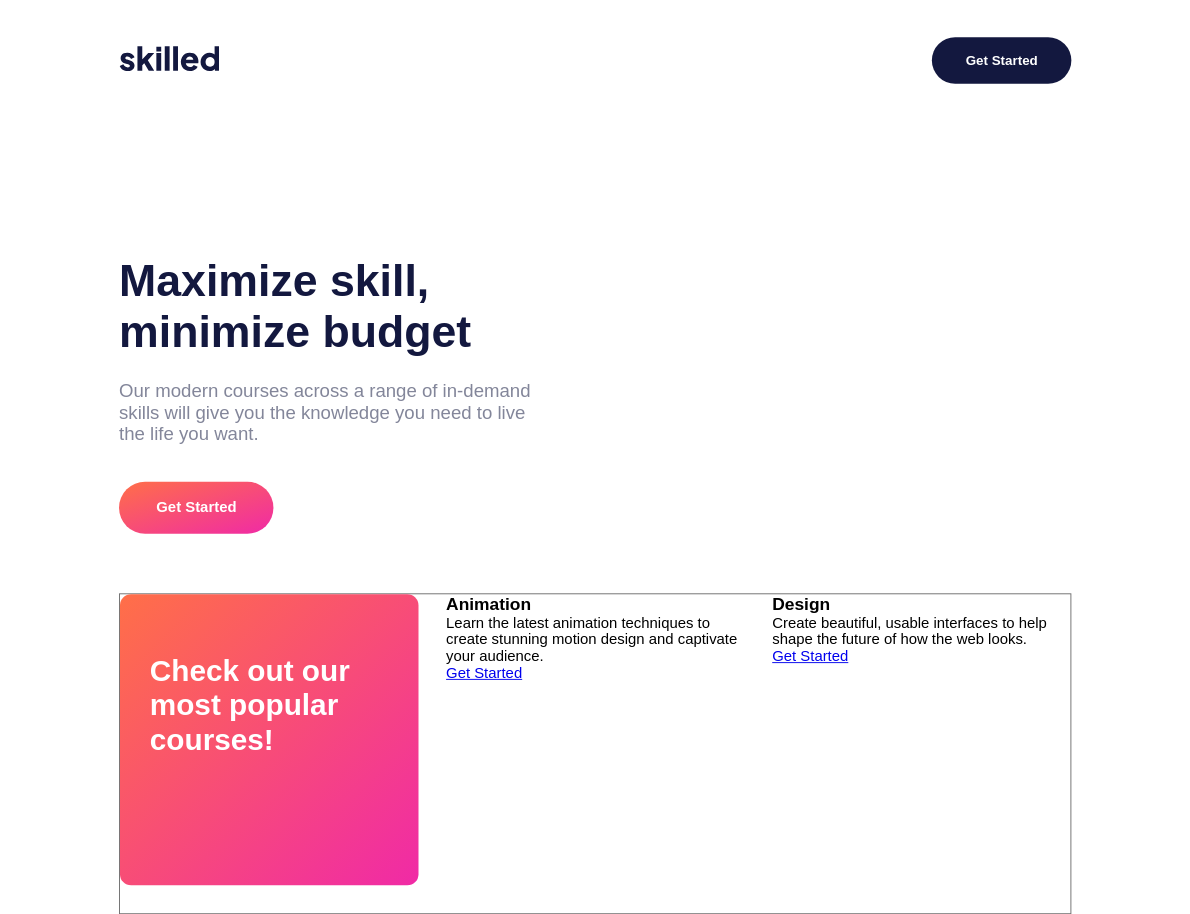
Repository: exe-walt/E-Learning-Landing-Page
Page: index.html
The author's editor kept a copy of each file at every save. The page is drawn from the files as they stood at one save, then again after a run of saves.
The browser window is 1280 px wide. The pictures show the whole page, at 93% of full size.
Some web fonts or font styles are not loaded; a fallback is used.

Above is the page before, as saved 2025-05-29 12:34:06.

After the next 4 saves:
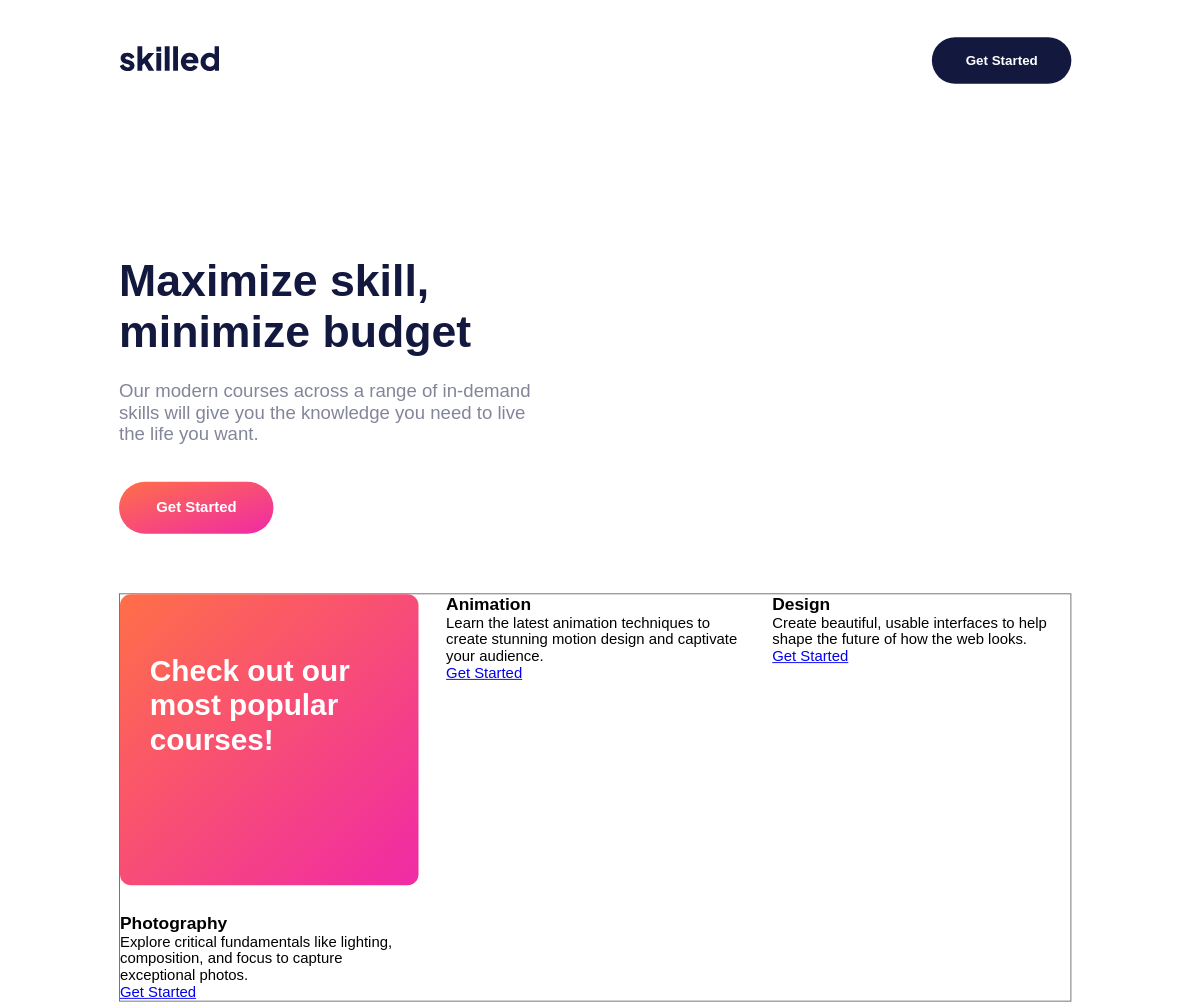
The 4 saves are shown as one change because they came seconds apart.
The last was saved 21 s later.
--- a/index.html
+++ b/index.html
@@ -51,9 +51,13 @@
             <a href="#">Get Started</a>
       </div>
       <div class="photography">
+        <h3>Photography</h3>
+          <p>Explore critical fundamentals like lighting, composition, and focus to capture exceptional photos.</p>
+            <a href="#">Get Started</a>
+      </div>
+      <div class="crypto">
 
       </div>
-      <div class="crypto"></div>
       <div class="business"></div>
     </div>
 
